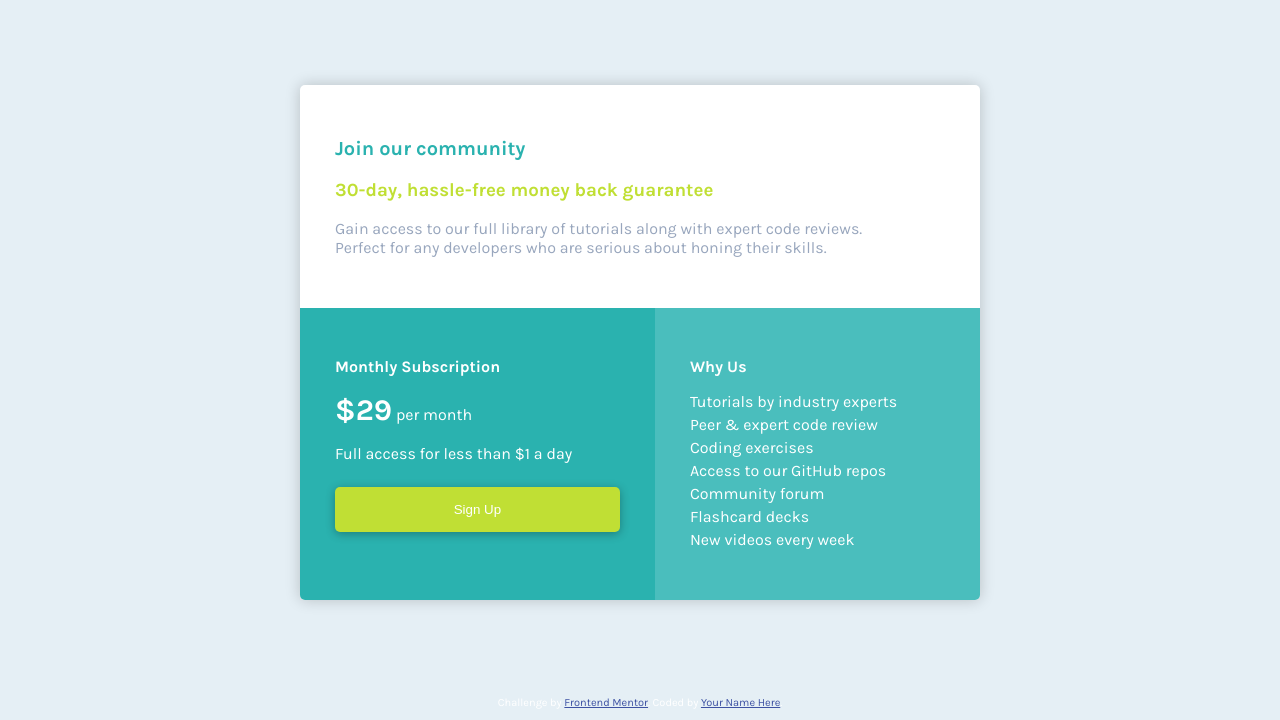
Repository: jminervino/PriceGridComponent
Page: index.html
These files come from the project's save history. The page is drawn as it stood at one moment and after a run of saves; the edit follows.
The browser window is 1280 px wide. The pictures show the whole page.

Above is the page before, as saved 2022-02-08 14:21:24.

After the next 4 saves:
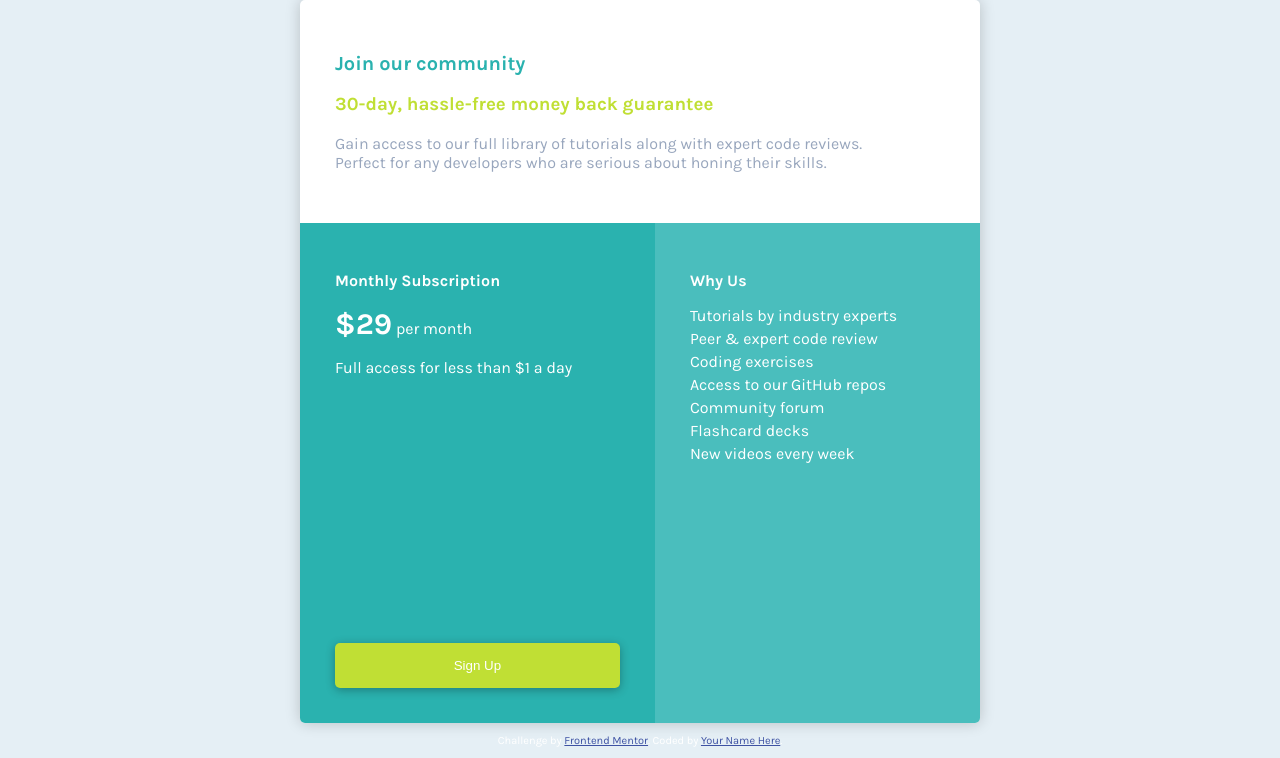
The 4 saves are shown as one change because they came seconds apart.
The last was saved 13 s later.
--- a/style.css
+++ b/style.css
@@ -35,7 +35,7 @@ section {
 }
 
 button {
-    margin-top: 8px;
+    margin-top: 250px;
     background-color: hsl(71, 73%, 54%);
     color: #ffffff;
     border-radius: 5px;
